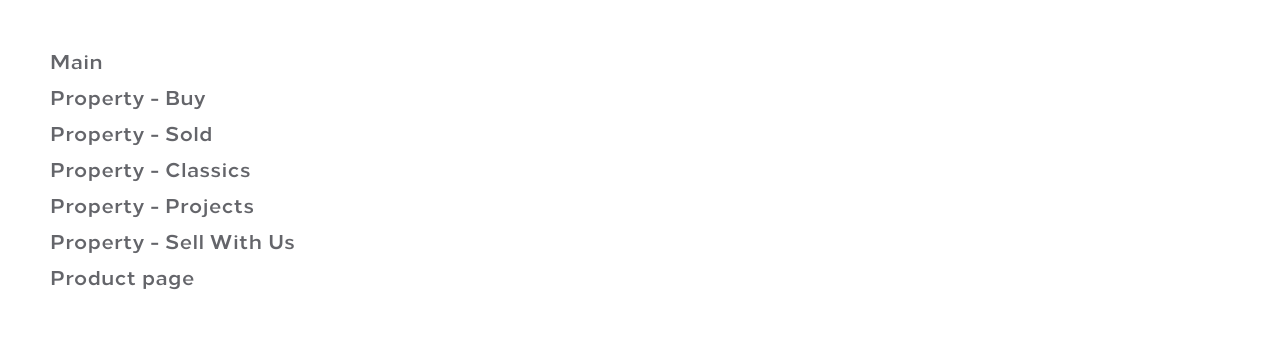
Repository: TarasDutchak/srb
Page: sitemap.html
The author's editor kept a copy of each file at every save. The page is drawn from the files as they stood at one save, then again after the next save.
The browser window is 1280 px wide. The pictures show the whole page.

Above is the page before, as saved 2024-07-25 08:16:04.
Console error: ReferenceError: Swiper is not defined

After the next save:
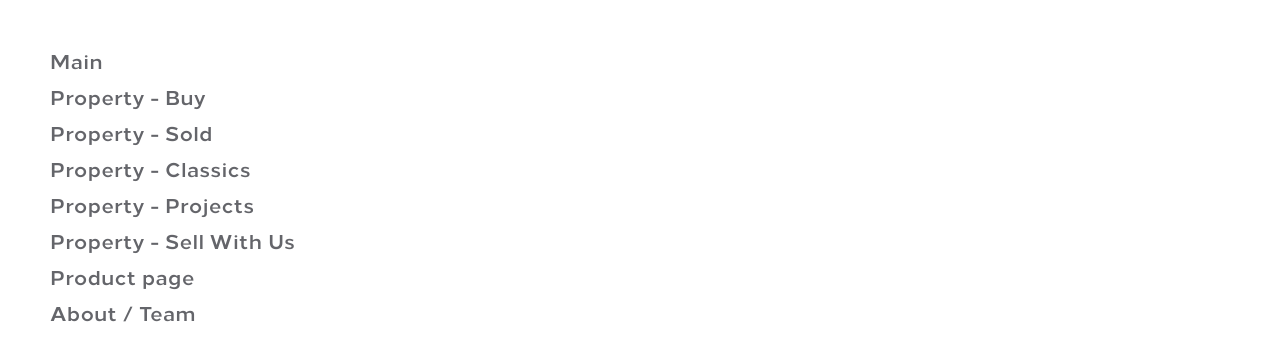
Saved 5 min 48 s later.
--- a/sitemap.html
+++ b/sitemap.html
@@ -21,7 +21,7 @@
             <li><a href="projects.html" target="_blank">Property - Projects</a></li>
             <li><a href="sellwithus.html" target="_blank">Property - Sell With Us</a></li>
             <li><a href="product.html" target="_blank">Product page</a></li>
-
+            <li><a href="about-team.html" target="_blank">About / Team</a></li>
 
         </ul>
     </div>
